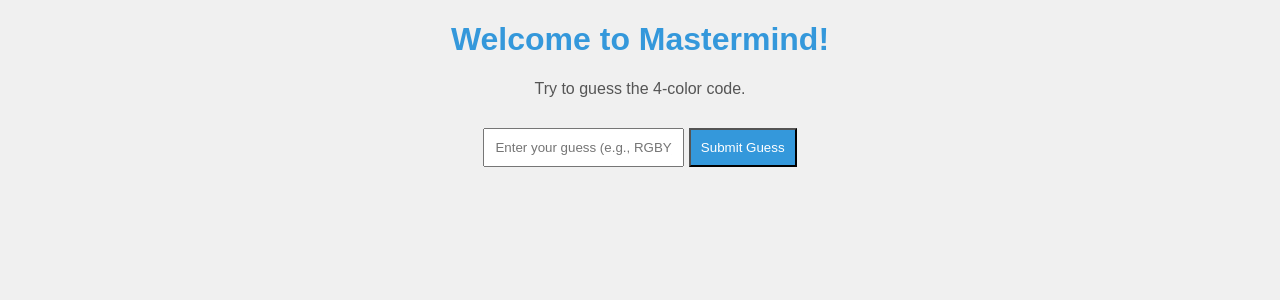
Repository: cheasopheaknita/Mastermind_Game
Page: http://localhost/
An editor plug-in stored every save of this project. The page is shown before and after the next save, followed by the edit.
The browser window is 1280 px wide. The pictures show the whole page.
The page is served by the project's application, run on Flask 3 (mastermind_project/app.py).

Above is the page before, as saved 2024-02-06 01:35:09.

### mastermind_project/templates/mastermind_game.html
<!-- mastermind_game.html -->
<!DOCTYPE html>
<html lang="en">
<head>
    <meta charset="UTF-8">
    <meta name="viewport" content="width=device-width, initial-scale=1.0">
    <title>Mastermind Game</title>
    <style>
        body {
            font-family: 'Arial', sans-serif;
            background-color: #f0f0f0;
            text-align: center;
            margin: 20px;
        }

        h1 {
            color: #3498db;
        }

        p {
            color: #555;
        }

        #result {
            margin-top: 20px;
            font-weight: bold;
            color: #27ae60;
        }

        #userGuess {
            padding: 10px;
            margin-top: 10px;
        }

        button {
            padding: 10px;
            background-color: #3498db;
            color: #fff;
            cursor: pointer;
        }


    </style>
</head>
<body>
    <h1>Welcome to Mastermind!</h1>
    <p>Try to guess the 4-color code.</p>

    <div id="result"></div>

    <input type="text" id="userGuess" placeholder="Enter your guess (e.g., RGBY)">
    <button onclick="submitGuess()">Submit Guess</button>

    <script>
        function submitGuess() {
            var userGuess = document.getElementById("userGuess").value;

            fetch('/submit_guess', {
                method: 'POST',
                headers: {
                    'Content-Type': 'application/json',
                },
                body: JSON.stringify({ guess: userGuess }),
            })
            .then(response => response.json())
            .then(data => {
                // Handle the response from Flask
                document.getElementById("result").innerText = data.result || data.error;
            })
            .catch(error => {
                console.error('Error:', error);
            });
        }
    </script>
</body>
</html>

### mastermind_project/app.py
# app.py
from flask import Flask, render_template, request, jsonify
import random

app = Flask(__name__)

def generate_secret_code():
    colors = ['R', 'G', 'B', 'Y', 'O', 'P']
    return [random.choice(colors) for _ in range(4)]

def evaluate_guess(secret_code, guess):
    correct_color_and_position = sum(s == g for s, g in zip(secret_code, guess))
    correct_color_only = sum(min(secret_code.count(c), guess.count(c)) for c in set(secret_code)) - correct_color_and_position
    return correct_color_and_position, correct_color_only

secret_code = generate_secret_code()

@app.route('/')
def index():
    return render_template('mastermind_game.html', secret_code=secret_code)

@app.route('/submit_guess', methods=['POST'])
def submit_guess():
    user_guess = request.json.get('guess')

    # Validate the guess here if needed
    if len(user_guess) != 4 or not all(color in 'RGBYOP' for color in user_guess):
        return jsonify({'error': 'Invalid input. Please enter a 4-color code using the letters R, G, B, Y, O, P.'})

    correct_color_and_position, correct_color_only = evaluate_guess(secret_code, user_guess)

    if correct_color_and_position == 4:
        result_message = f"Congratulations! You've guessed the code {secret_code}."
    else:
        result_message = f"Correct color and position: {correct_color_and_position}, Correct color only: {correct_color_only}."

    return jsonify({'result': result_message})

if __name__ == '__main__':
    app.run(debug=True)

After the next save:
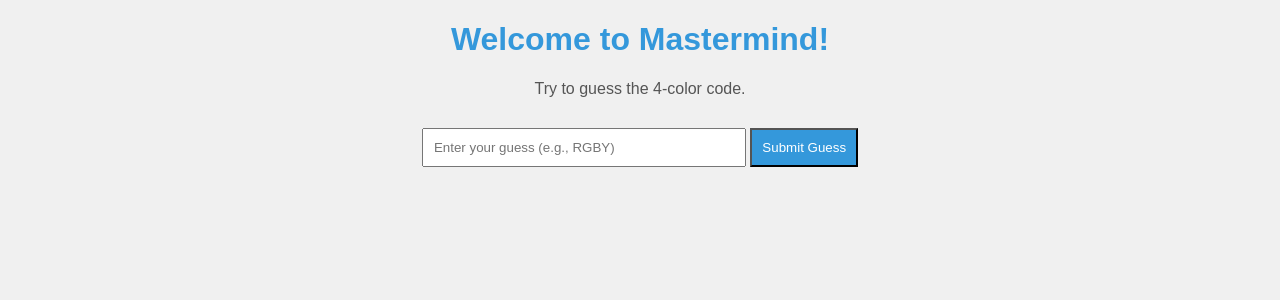
Saved 54 s later.
--- a/mastermind_project/templates/mastermind_game.html
+++ b/mastermind_project/templates/mastermind_game.html
@@ -30,6 +30,7 @@
         #userGuess {
             padding: 10px;
             margin-top: 10px;
+            width: 300px; /* Adjust the width as needed */
         }
 
         button {
@@ -38,8 +39,6 @@
             color: #fff;
             cursor: pointer;
         }
-
-
     </style>
 </head>
 <body>
@@ -48,7 +47,7 @@
 
     <div id="result"></div>
 
-    <input type="text" id="userGuess" placeholder="Enter your guess (e.g., RGBY)">
+    <input type="text" id="userGuess" placeholder="Enter your guess (e.g., RGBY)" size="30">
     <button onclick="submitGuess()">Submit Guess</button>
 
     <script>
